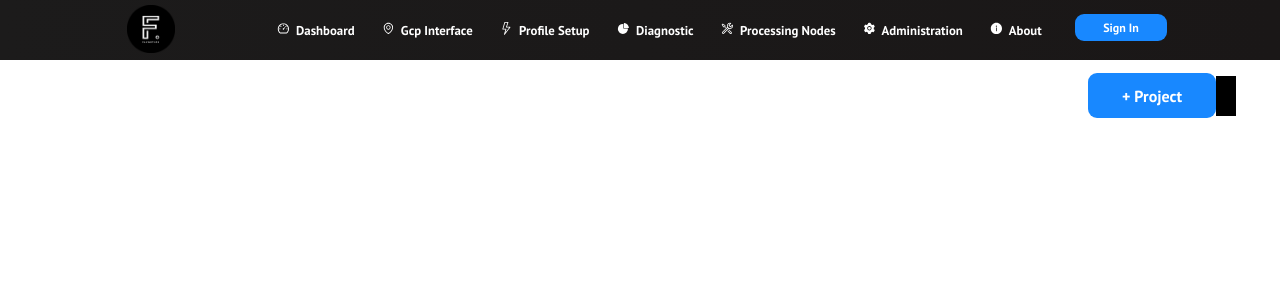
Repository: Akshaykumar1111/akki
Page: /Dashboard
The author's editor kept a copy of each file at every save. The page is drawn from the files as they stood at one save, then again after a run of saves.
The browser window is 1280 px wide. The pictures show the whole page.
Some web libraries are served in a nearby version. The project was rebuilt for these pictures with package versions that can differ from the ones it lists, and the page was loaded fresh each time. Also part of the build but not shown: src/components/pages/Administration.css, src/components/pages/Administration.js, src/components/pages/Diagnostic.js, src/components/pages/ProfileSetup.js, src/components/pages/GcpInterface.js, src/components/pages/ProcessingNodes.js, src/components/pages/About.js, src/components/pages/Popup.css and 7 more.

Above is the page before, as saved 2022-10-20 11:01:12.

After the next 2 saves:
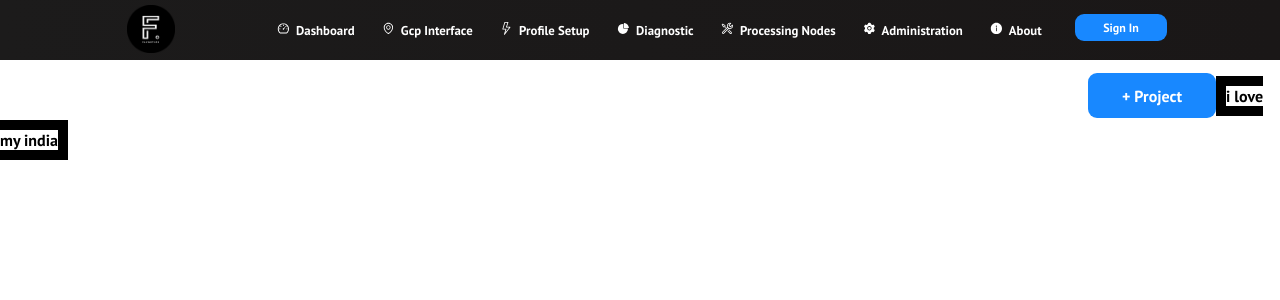
The 2 saves are shown as one change because 1 did not build or start.
The last was saved 2 min 31 s later.
--- a/src/components/pages/Dashboard.js
+++ b/src/components/pages/Dashboard.js
@@ -6,9 +6,8 @@ import './Dashboard.css';
 
 export default function Dashboard() {
   return ( <>
-
   <button type="button" className='btn projectbtn'>+ Project</button>
-  <div11></div11>
+  <div11>i love my india</div11>
   </>
   )
  }
